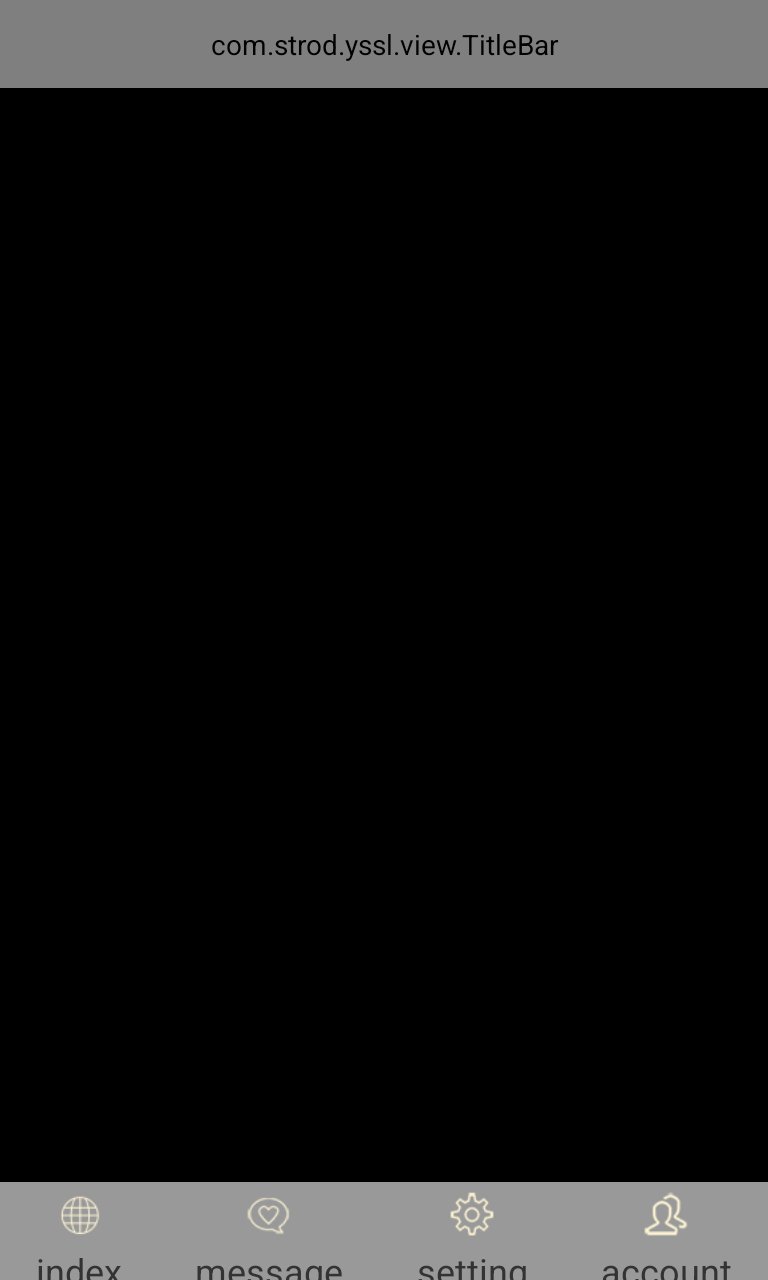
Repository: duyuan199010/atangge
Layout: yssl/res/layout/activity_main.xml
An editor plug-in stored every save of this project. The layout is shown before and after the next save, followed by the edit.
Pictures or frames that could not be fetched are drawn as grey boxes. It is drawn on a 768 x 1280 px phone screen (xhdpi) without system bars, with theme Theme.PageIndicatorDefaults; the app's code is not run.

Above is the layout before, as saved 2015-08-11 12:08:48.

### yssl/res/layout/activity_main.xml
<RelativeLayout xmlns:android="http://schemas.android.com/apk/res/android"
    xmlns:tools="http://schemas.android.com/tools"
    android:layout_width="match_parent"
    android:layout_height="match_parent"
    android:gravity="center"
    android:orientation="vertical" >

    <com.strod.yssl.view.TitleBar
        android:id="@+id/title_bar"
        android:layout_width="match_parent"
        android:layout_height="@dimen/title_height"
        android:background="@color/title_bg_color"
        />

    <FrameLayout
        android:id="@+id/main_center_fragment"
        android:layout_width="match_parent"
        android:layout_height="match_parent"
        android:layout_below="@+id/title_bar"
        android:layout_above="@+id/radio_group" />

    <RadioGroup
        android:id="@+id/radio_group"
        android:layout_width="match_parent"
        android:layout_height="@dimen/tab_height"
        android:layout_alignParentBottom="true"
        android:background="@color/gray"
        android:gravity="center"
        android:orientation="horizontal" >

        <RadioButton
            android:id="@+id/radio_index"
            style="@style/ContentFont"
            android:layout_width="wrap_content"
            android:layout_height="match_parent"
            android:layout_weight="1"
            android:button="@null"
            android:drawableTop="@drawable/all_news"
            android:gravity="center"
            android:text="index" />

        <RadioButton
            android:id="@+id/radio_publish"
            style="@style/ContentFont"
            android:layout_width="wrap_content"
            android:layout_height="match_parent"
            android:layout_weight="1"
            android:button="@null"
            android:drawableTop="@drawable/message_icon"
            android:gravity="center"
            android:text="message" />

        <RadioButton
            android:id="@+id/radio_collect"
            style="@style/ContentFont"
            android:layout_width="wrap_content"
            android:layout_height="match_parent"
            android:layout_weight="1"
            android:button="@null"
            android:drawableTop="@drawable/set_icon"
            android:gravity="center"
            android:text="setting" />

        <RadioButton
            android:id="@+id/radio_personal"
            style="@style/ContentFont"
            android:layout_width="wrap_content"
            android:layout_height="match_parent"
            android:layout_weight="1"
            android:button="@null"
            android:drawableTop="@drawable/account_icon"
            android:gravity="center"
            android:text="account" />
    </RadioGroup>

</RelativeLayout>

### yssl/res/values/dimens.xml
<resources>

    <!-- Default screen margins, per the Android Design guidelines. -->
    <dimen name="activity_horizontal_margin">16dp</dimen>
    <dimen name="activity_vertical_margin">16dp</dimen>
    <dimen name="title_height">44dp</dimen>
    <dimen name="tab_height">49dp</dimen>
    <dimen name="margin_ordinary">16dp</dimen>
    <dimen name="margin_little">8dp</dimen>
    <dimen name="font_size_eighteen">18sp</dimen>
    <dimen name="font_size_twenty">20sp</dimen>
    <dimen name="font_size_sixteen">16sp</dimen>
    <dimen name="font_size_fourteen">14sp</dimen>
    <dimen name="font_size_twelve">12sp</dimen>
    <dimen name="font_size_ten">10sp</dimen>
    <dimen name="item_size_left">18sp</dimen>
    <dimen name="item_size_time">14sp</dimen>
    <dimen name="detail_size_type">18dp</dimen>
    <dimen name="edittext_width_120">120dp</dimen>
    <dimen name="edittext_width_150">150dp</dimen>
    <dimen name="edittext_width_200">200dp</dimen>
    <dimen name="edittext_height_35">35dp</dimen>

    <dimen name="indicator_right_padding">10dp</dimen>
    <dimen name="indicator_corner_radius">12dp</dimen>
    <dimen name="indicator_internal_padding">4dp</dimen>
    <dimen name="header_footer_left_right_padding">24dp</dimen>
    <dimen name="header_footer_top_bottom_padding">12dp</dimen>

    <dimen name="dgv_overlap_if_switch_straight_line">16dp</dimen>

    <dimen name="delete_action_len">140dip</dimen>

    <dimen name="switch_button_width">50dp</dimen>
    <dimen name="switch_button_height">30dp</dimen>
</resources>

### yssl/res/values/colors.xml
<?xml version="1.0" encoding="UTF-8"?>
<resources>

    <color name="title">#ffffff</color>
    <color name="night_title">#000000</color>

    <color name="title_bg_color">#36A803</color>
    <color name="title_font_color">#f8f8f8f8</color>
    <color name="bg_color">#ffffff</color>
    <color name="black_font">#333333</color>

    <drawable name="title_bg_color">#00b3e3</drawable>
    <drawable name="title_font_color">#ffffff</drawable>

    <color name="menu_pressed">#e5e5e5</color>

    <color name="content_font_color">#333333</color>
    <color name="content_font_color_deep">#ff5a3f01</color>
    <color name="content_font_color_deeper">#423413</color>
    <color name="setting_bg_color">#b08b18</color>

    <!-- 弹出框 -->
    <color name="dialog_bg_color">#ffeeb9</color>
    <color name="dialog_font_color">#3d2e00</color>
    <color name="list_item_color">#ffeeb9</color>
    <color name="list_item_pressed_color">#fdd559</color>
    <color name="list_item_font_color">#3d2e00</color>

    <color name="pager_tab_strip_color">#a77809</color>
    <color name="item_select_color">#b08b19</color>

    <color name="gray">#999999</color>
    <color name="grayer">#888888</color>


    <color name="setting_view_item_bg_pressed">#FFF0F0F0</color>
    <color name="setting_view_item_bg_normal">#FFFFFFFF</color>

    <color name="setting_view_item_title_text">#FF000000</color>
    <color name="setting_view_item_subtitle_text">#FFCCCCCC</color>

    <color name="tempature_red">#f82d2d</color>
    <color name="gray_line">#e5e5e5</color>

    <color name="yellow_orange_circle">#f2b32c</color>
    <color name="yellow_orange_light">#f6be22</color>
    <color name="yellow_orange_deep">#f29810</color>
    <color name="yellow_orange_text">#f68b22</color>

    <color name="blue_light">#3db5e6</color>
    <color name="blue_deep">#5e60e5</color>

    <drawable name="gray">#FF808080</drawable>
	<drawable name="white">#FFFFFFFF</drawable>
	<drawable name="blue">#FF0000FF</drawable>
	<drawable name="black">#FF000000</drawable>
	<drawable name="pink">#FFFFC0Cb</drawable>
	<drawable name="red">#FFFF0000</drawable>
	<drawable name="orange">#FFFF8D00</drawable>
	<drawable name="yellow">#FFFFFF00</drawable>
	<drawable name="green">#FF00FF00</drawable>
	<drawable name="lightyellow">#FFFFFFE0</drawable>
	<drawable name="lightblue">#FFE3EEFB</drawable>
	<drawable name="oceanblue">#FF5271A5</drawable>
	<drawable name="lightgreen">#FF96FF00</drawable>
	<drawable name="grassgreen">#FF009600</drawable>
	<drawable name="lightgray">#FFD3D3D3</drawable>
	<drawable name="darkgray">#00535252</drawable>
</resources>

### yssl/res/values/styles.xml
<resources>

    <!--
        Base application theme, dependent on API level. This theme is replaced
        by AppBaseTheme from res/values-vXX/styles.xml on newer devices.

    -->
    <style name="AppBaseTheme" parent="@android:style/Theme.Light">
        <!--
            Theme customizations available in newer API levels can go in
            res/values-vXX/styles.xml, while customizations related to
            backward-compatibility can go here.

        -->
    </style>

    <!-- Application theme. -->
    <style name="AppTheme" parent="AppBaseTheme">
        <!-- All customizations that are NOT specific to a particular API-level can go here. -->
    </style>

    <style name="DayTheme" parent="AppTheme">
        <item name="colorValue">@color/title</item>
        <item name="floatValue">0.35</item>
        <item name="integerValue">33</item>
        <item name="booleanValue">true</item>
        <item name="dimensionValue">16dp</item>
        <!-- 如果string类型不是填的引用而是直接放一个字符串,在布局文件中使用正常,但代码里获取的就有问题 -->
        <item name="stringValue">@string/action_settings</item>
        <item name="referenceValue">@drawable/ic_launcher</item>
        <item name="imageValue">@drawable/ic_launcher</item>
    </style>

    <style name="NightTheme" parent="AppBaseTheme">
        <item name="colorValue">@color/night_title</item>
        <item name="floatValue">1.44</item>
        <item name="integerValue">55</item>
        <item name="booleanValue">false</item>
        <item name="dimensionValue">18sp</item>
        <item name="stringValue">@string/action_settings</item>
        <item name="referenceValue">@drawable/ic_launcher</item>
        <item name="imageValue">@drawable/ic_launcher</item>
    </style>

    <style name="MyDialog" parent="@android:Theme.Dialog">
        <item name="android:windowFrame">@null</item>
        <item name="android:windowNoTitle">true</item>
        <item name="android:windowIsFloating">true</item>
        <item name="android:windowContentOverlay">@null</item>
    </style>

    <style name="TitleFont">
        <item name="android:textSize">@dimen/font_size_twenty</item>
        <item name="android:textColor">@color/title_font_color</item>
        <item name="android:textStyle">bold</item>
    </style>

    <style name="TitleFontRight">
        <item name="android:textSize">@dimen/font_size_eighteen</item>
        <item name="android:textColor">@color/title_font_color</item>
        <item name="android:textStyle">bold</item>
    </style>

    <style name="ContentFont">
        <item name="android:textSize">@dimen/font_size_eighteen</item>
        <item name="android:textColor">@color/content_font_color</item>
    </style>

    <style name="ContentFontBold">
        <item name="android:textSize">@dimen/font_size_eighteen</item>
        <item name="android:textColor">@color/content_font_color</item>
        <item name="android:textStyle">bold</item>
    </style>

    <style name="ContentFontLittle">
        <item name="android:textSize">@dimen/font_size_sixteen</item>
        <item name="android:textColor">@color/content_font_color</item>
    </style>

    <style name="ContentFontSmall">
        <item name="android:textSize">@dimen/font_size_fourteen</item>
        <item name="android:textColor">@color/content_font_color</item>
    </style>

    <style name="ContentFontDeep">
        <item name="android:textSize">@dimen/font_size_sixteen</item>
        <item name="android:textColor">@color/content_font_color_deep</item>
    </style>

    <style name="ContentFontDeepEighteen">
        <item name="android:textSize">@dimen/font_size_eighteen</item>
        <item name="android:textColor">@color/content_font_color_deep</item>
    </style>

    <style name="ContentFontDeepBold">
        <item name="android:textSize">@dimen/font_size_twenty</item>
        <item name="android:textColor">@color/content_font_color_deep</item>
        <item name="android:textStyle">bold</item>
    </style>

    <style name="ContentFontDeeperSmall">
        <item name="android:textSize">@dimen/font_size_fourteen</item>
        <item name="android:textColor">@color/content_font_color_deeper</item>
    </style>

    <style name="ContentFontBlue">
        <item name="android:textSize">@dimen/font_size_fourteen</item>
        <item name="android:textColor">@color/title_bg_color</item>
    </style>

    <style name="ContentFontBlueEighteen">
        <item name="android:textSize">@dimen/font_size_eighteen</item>
        <item name="android:textColor">@color/title_bg_color</item>
    </style>

    <style name="ContentFontWhite">
        <item name="android:textSize">@dimen/font_size_fourteen</item>
        <item name="android:textColor">@color/title_font_color</item>
    </style>

    <style name="ContentFontGray">
        <item name="android:textSize">@dimen/font_size_eighteen</item>
        <item name="android:textColor">@color/gray</item>
    </style>

    <style name="ContentFontGrayer">
        <item name="android:textSize">@dimen/font_size_eighteen</item>
        <item name="android:textColor">@color/grayer</item>
    </style>

    <style name="DialogFont">
        <item name="android:textSize">@dimen/font_size_eighteen</item>
        <item name="android:textColor">@color/dialog_font_color</item>
    </style>

    <style name="LogoutDialog" parent="@android:style/Theme.Dialog">
        <item name="android:windowFrame">@android:color/transparent</item>
        <item name="android:windowIsFloating">true</item>
        <item name="android:windowIsTranslucent">true</item>
        <item name="android:windowNoTitle">true</item>
        <item name="android:windowBackground">@android:color/transparent</item>
        <item name="android:backgroundDimAmount">0.3</item>
        <item name="android:windowAnimationStyle">@null</item>
    </style>

    <style name="HorizScrollViewItem">
        <item name="android:paddingRight">50dp</item>
        <item name="android:paddingLeft">50dp</item>
        <item name="android:gravity">center</item>
        <item name="android:textAppearance">?android:attr/textAppearanceMedium</item>
        <item name="android:text">Sample Item</item>
    </style>

    <!-- viewpagerindicator -->

    <style name="StyledIndicators" parent="@android:style/Theme.Light">
        <item name="vpiCirclePageIndicatorStyle">@style/CustomCirclePageIndicator</item>
        <item name="vpiLinePageIndicatorStyle">@style/CustomLinePageIndicator</item>
        <item name="vpiTitlePageIndicatorStyle">@style/CustomTitlePageIndicator</item>
        <item name="vpiTabPageIndicatorStyle">@style/CustomTabPageIndicator</item>
        <item name="vpiUnderlinePageIndicatorStyle">@style/CustomUnderlinePageIndicator</item>
    </style>

    <style name="CustomTitlePageIndicator">
        <item name="android:background">#18FF0000</item>
        <item name="footerColor">#FFAA2222</item>
        <item name="footerLineHeight">1dp</item>
        <item name="footerIndicatorHeight">3dp</item>
        <item name="footerIndicatorStyle">underline</item>
        <item name="android:textColor">#AA000000</item>
        <item name="selectedColor">#FF000000</item>
        <item name="selectedBold">true</item>
    </style>

    <style name="CustomLinePageIndicator">
        <item name="strokeWidth">4dp</item>
        <item name="lineWidth">30dp</item>
        <item name="unselectedColor">#FF888888</item>
        <item name="selectedColor">#FF880000</item>
    </style>

    <style name="CustomCirclePageIndicator">
        <item name="fillColor">#FF999999</item>
        <item name="strokeColor">#00000000</item>
        <item name="strokeWidth">0dp</item>
        <item name="radius">10dp</item>
        <item name="centered">true</item>
    </style>

    <style name="CustomTabPageIndicator" parent="Widget.TabPageIndicator">
        <item name="android:background">@drawable/custom_tab_indicator</item>
        <item name="android:textAppearance">@style/CustomTabPageIndicator.Text</item>
        <item name="android:textColor">@color/content_font_color</item>
        <item name="android:textSize">18sp</item>
        <item name="android:divider">@drawable/custom_tab_indicator_divider</item>
        <item name="android:dividerPadding">10dp</item>
        <item name="android:showDividers">middle</item>
        <item name="android:paddingLeft">8dp</item>
        <item name="android:paddingRight">8dp</item>
        <item name="android:fadingEdge">horizontal</item>
        <item name="android:fadingEdgeLength">8dp</item>
    </style>

    <style name="CustomTabPageIndicator.Text" parent="android:TextAppearance.Medium">
        <item name="android:typeface">monospace</item>
    </style>

    <style name="CustomUnderlinePageIndicator">
        <item name="selectedColor">#FFCC0000</item>
        <item name="android:background">#FFCCCCCC</item>
        <item name="fadeLength">1000</item>
        <item name="fadeDelay">1000</item>
    </style>

</resources>

### yssl/res/values/strings.xml
<resources>

    <string name="app_name">阿汤哥</string>

    <string name="click_again">再按一次退出程序...</string>

    <!-- guide -->
    <string name="start">立即进入</string>

    <!-- main -->
    <string name="main_index">首页</string>
    <string name="main_publish">掌厨</string>
    <string name="main_collect">收藏</string>
    <string name="main_personal">个人</string>
</resources>

Loaded but not shown: yssl/res/values/vpi__styles.xml (common file); yssl/res/drawable/vpi__tab_indicator.xml (common file); yssl/res/color/vpi__light_theme.xml (common file); yssl/res/values/vpi__colors.xml (common file)

After the next save:
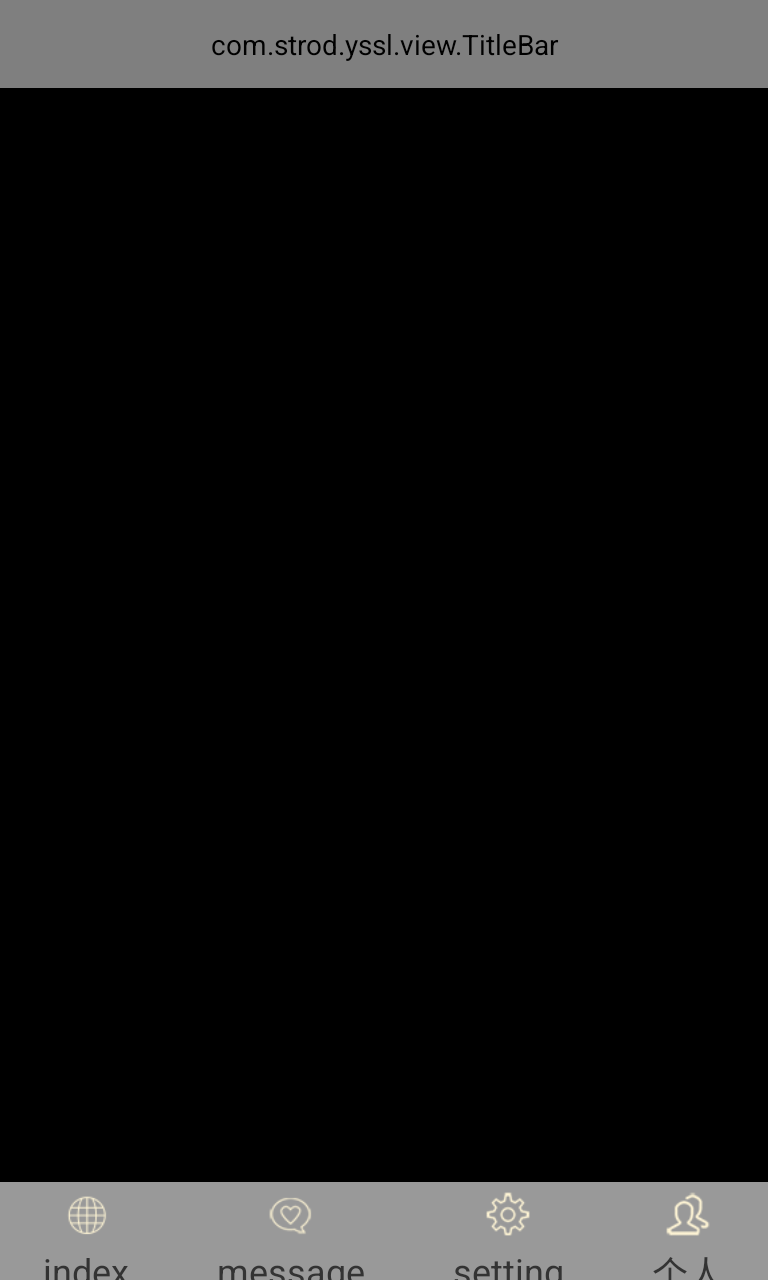
Saved 6 min 25 s later.
--- a/yssl/res/layout/activity_main.xml
+++ b/yssl/res/layout/activity_main.xml
@@ -70,7 +70,7 @@
             android:button="@null"
             android:drawableTop="@drawable/account_icon"
             android:gravity="center"
-            android:text="account" />
+            android:text="@string/main_personal" />
     </RadioGroup>
 
 </RelativeLayout>
